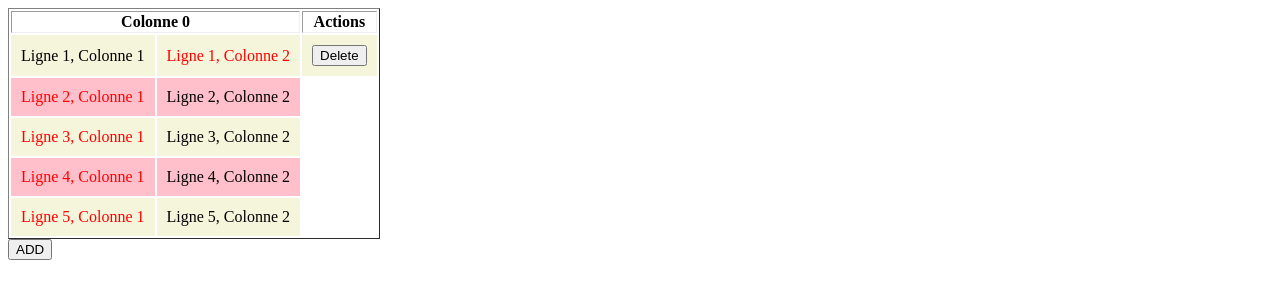
Repository: Chaimaa482/web-tp4
Page: ex1.html
The author's editor kept a copy of each file at every save. The page is drawn from the files as they stood at one save, then again after the next save.
The browser window is 1280 px wide. The pictures show the whole page.

Above is the page before, as saved 2023-10-29 15:16:07.

After the next save:
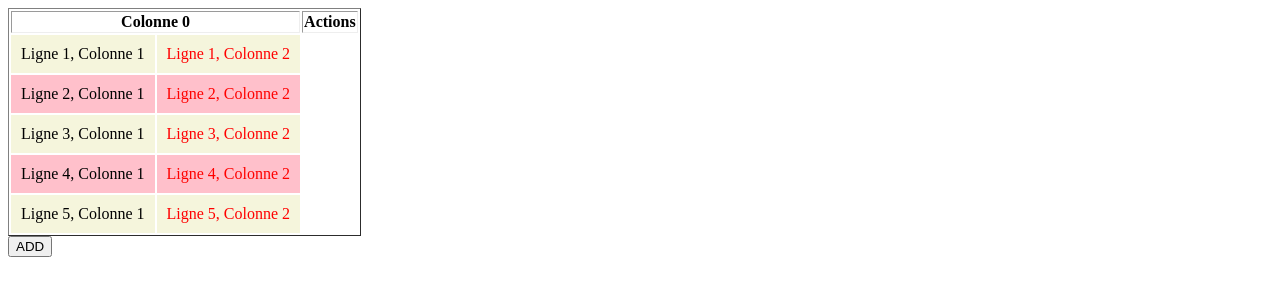
Saved 59 s later.
--- a/ex1.html
+++ b/ex1.html
@@ -12,7 +12,7 @@
         <tr>
             <td>Ligne 1, Colonne 1</td>
             <td>Ligne 1, Colonne 2</td>
-            <td><button>Delete</button></td>
+            <!-- <td><button>Delete</button></td> -->
         </tr>
         <tr>
             <td>Ligne 2, Colonne 1</td>

After the 3 saves that followed:
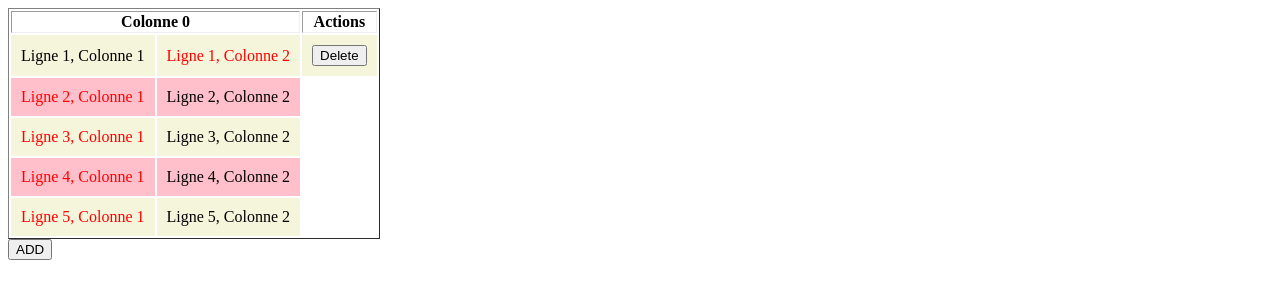
The 3 saves are shown as one change because 1 left the picture as it was and some came seconds apart.
The last was saved 58 s later.
--- a/ex1.html
+++ b/ex1.html
@@ -12,7 +12,7 @@
         <tr>
             <td>Ligne 1, Colonne 1</td>
             <td>Ligne 1, Colonne 2</td>
-            <!-- <td><button>Delete</button></td> -->
+            <td><button class="delete-row">Delete</button></td>
         </tr>
         <tr>
             <td>Ligne 2, Colonne 1</td>
